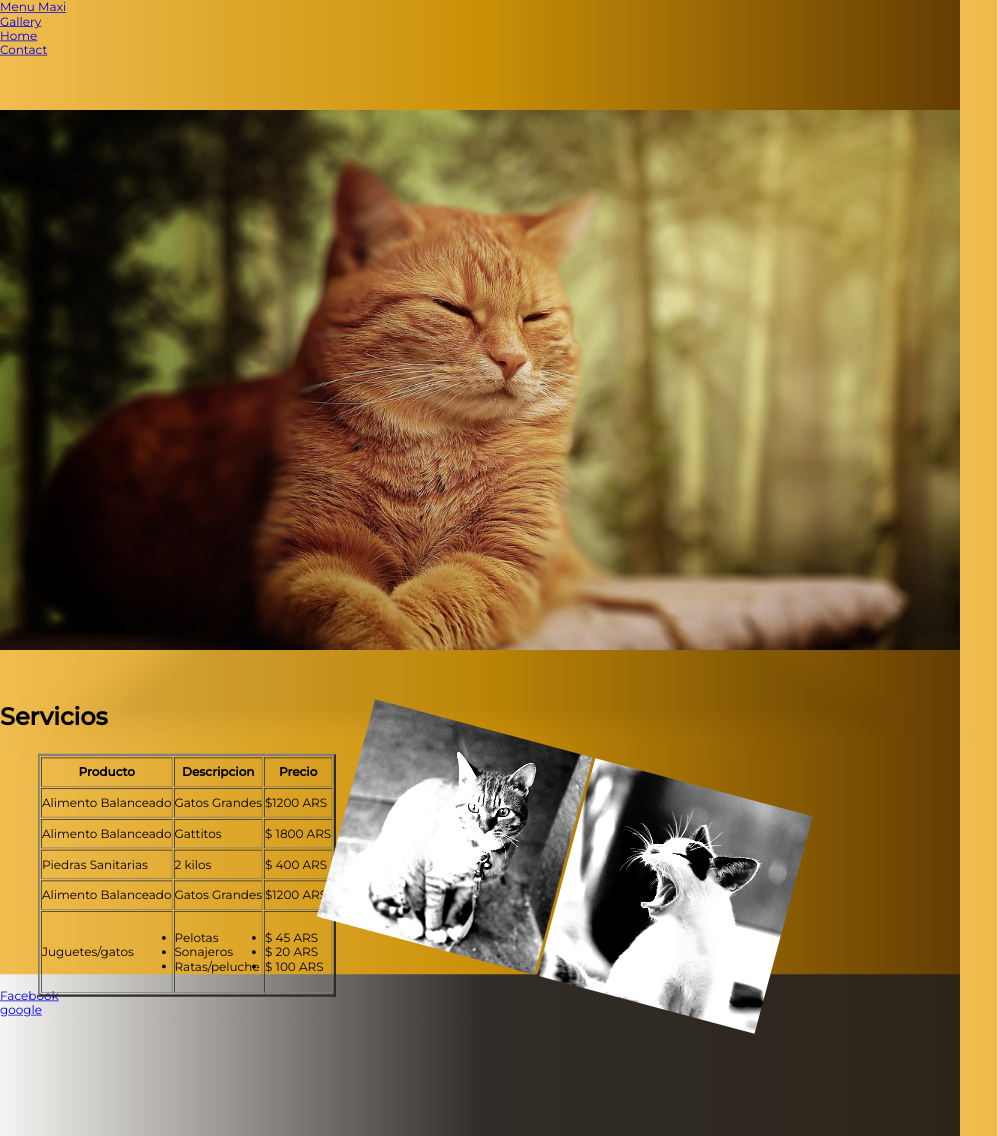
Repository: raul4264/final
Page: Services.html
The author's editor kept a copy of each file at every save. The page is drawn from the files as they stood at one save, then again after the next save.
The browser window is 1280 px wide. The page is 1330 px wide, so the pictures cover 1330 px, including what lies to the right of the window. The pictures show the whole page, at 75% of full size.

Above is the page before, as saved 2021-03-26 11:28:23.

### Services.html
<!DOCTYPE html>
<html lang="en">

<head>
    <meta charset="UTF-8">
    <meta http-equiv="X-UA-Compatible" content="IE=edge">
    <meta name="viewport" content="width=device-width, initial-scale=1.0">
    <title>Services</title>
    <link href="css/services.css" rel="stylesheet" type="text/css">
</head>

<body>
    <header>


        <nav>
            <nav>
                <ul class="uno">
                    <li class="item"><a href="menu_maxi.html">Menu Maxi</a></li>
                    <li class="item"><a href="Gallery.html">Gallery</a></li>
                    <li class="item"><a href="index.html">Home</a></li>
                    <li class="item"><a href="Contact.html">Contact</a></li>
                </ul>

            </nav>



    <main>
        <div class="thumb">
            <a href="https://www.google.com/" target="_blank">
                  <span>Tambien visite...</span>
            </a>
      </div>
    </header>
        <h1>Servicios</h1>
        <section  class="table">

            <table border="3px" cellpadding="15px">
                <tr>
                    <th>Producto</th>
                    <th>Descripcion</th>
                    <th>Precio</th>
                </tr>
                <tr>
                    <td>Alimento Balanceado</td>
                    <td>Gatos Grandes</td>
                    <td> $1200 ARS</td>
                </tr>
                <tr>
                    <td>Alimento Balanceado</td>
                    <td>Gattitos</td>
                    <td>$ 1800 ARS</td>
                </tr>
                <tr>
                    <td>Piedras Sanitarias</td>
                    <td>2 kilos</td>
                    <td>$ 400 ARS</td>
                </tr>
                <tr>
                    <td>Alimento Balanceado</td>
                    <td>Gatos Grandes</td>
                    <td>$1200 ARS</td>
                </tr>
                <tr>
                    <td>Juguetes/gatos</td>
                    <td>
                        <ul>
                            <li>Pelotas</li>
                            <li>Sonajeros</li>
                            <li>Ratas/peluche</li>
                        </ul>
                    </td>
                    <td>
                        <ul>
                            <li>$ 45 ARS</li>
                            <li>$ 20 ARS</li>
                            <li>$ 100 ARS</li>
                        </ul>
                    </td>
                </tr>
            </table>
            <br>
            <figure>
                <img src="images/3.jpg">
                <img src="images/2.jpg">

              </figure>
        </section>




    </main>


        <footer>
            <br>

            <ol>
                <li><a href="http://www.facebook.com" target="blanck">Facebook</a>

                </li>
                <li><a href="http://www.google.com" target="blanck">google</a>

                </li>
            </ol>
            <br>
        </footer>
</body>

</html>

### css/services.css
@import url('https://fonts.googleapis.com/css2?family=Montserrat:wght@400;500&family=Poppins:wght@300&display=swap');
* {
    font-family: 'Montserrat', sans-serif;
    margin: 0;
    padding: 0;
}

body{
	margin: 0;
    padding: 0;
    transition:all 3s ease-in-out;
}

img{
    width: 300px;
    filter: contrast(1.8) brightness(1.5) grayscale(1)
}

@import url(https://fonts.googleapis.com/css?family=Open+Sans);


body {

    /* background: linear-gradient(rgb(248, 217, 158), rgb(70, 46, 1)); */
    background: rgb(240,189,79);
background: linear-gradient(90deg, rgba(240,189,79,1) 0%, rgba(203,144,6,0.9948354341736695) 50%, rgb(100, 61, 2) 100%);
    font-family: 'Open Sans', sans-serif;
    height: 100vh;
    margin:0;
}

.thumb {
    width: 100vw;
    height: 100vh;
    margin: 70px auto;
    perspective: 1000px;
    transition:all 3s ease-in-out;
}

.thumb a {
    display: block;
    width: 100%;
    height: 100%;
    background: linear-gradient(rgba(0, 0, 0, 0.4), rgba(0, 0, 0, 0.4)),
		url("../images/1.jpg");
    background-size: 0, cover;
    transform-style: preserve-3d;
    transition: all 0.5s;
}

.thumb:hover a {
    transform: rotateX(80deg);
    transform-origin: bottom;
}
.thumb a:after {
    content: '';
    position: absolute;
    left: 0;
    bottom: 0;
    width: 100%;
    height: 36px;
    background: inherit;
    background-size: cover, cover;
    background-position: bottom;
    transform: rotateX(90deg);
    transform-origin: bottom;
}
.thumb a span {
    color: white;
    text-transform: uppercase;
    position: absolute;
    top: 100%;
    left: 0;
    width: 100%;
    font: bold 12px/36px "Open Sans";
    text-align: center;
    transform: rotateX(-89.99deg);
    transform-origin: top;
    z-index: 1;
}
.thumb a:before {
    content: '';
    position: absolute;
    top: 0;
    left: 0;
    width: 100%;
    height: 100%;
    background: rgba(0, 0, 0, 0.5);
    box-shadow: 0 0 100px 50px rgba(0, 0, 0, 0.5);
    transition: all 0.5s;
    opacity: 0.15;
    transform: rotateX(95deg) translateZ(-80px) scale(0.75);
    transform-origin: bottom;
}

.thumb:hover a:before {
    opacity: 1;
    box-shadow: 0 0 25px 25px rgba(0, 0, 0, 0.5);
    transform: rotateX(0) translateZ(-60px) scale(0.85);
}
.table{
    display: flex;
    transform:translate(50px, 30px) ;
}

.table:hover{
   font-weight: bolder;
   color: chartreuse;
   font-size: 1.2em;
   font-family: monospace;
   transform:translate(70px, 30px) ;
}
figure{
   transform: rotate(15deg );
   /*  transform: translateX(129px); */
   padding-bottom: 20px;
}
figure:hover{
  /*  transform: rotate(15deg );*/
      transform: translate(22px 50px);
 }
footer{
    height: 30vh;
    background: rgb(34, 34, 33);
    background: linear-gradient(90deg, rgb(247, 245, 243) 0%, rgba(48, 45, 40, 0.995) 50%, rgb(43, 36, 25) 100%);
}

After the next save:
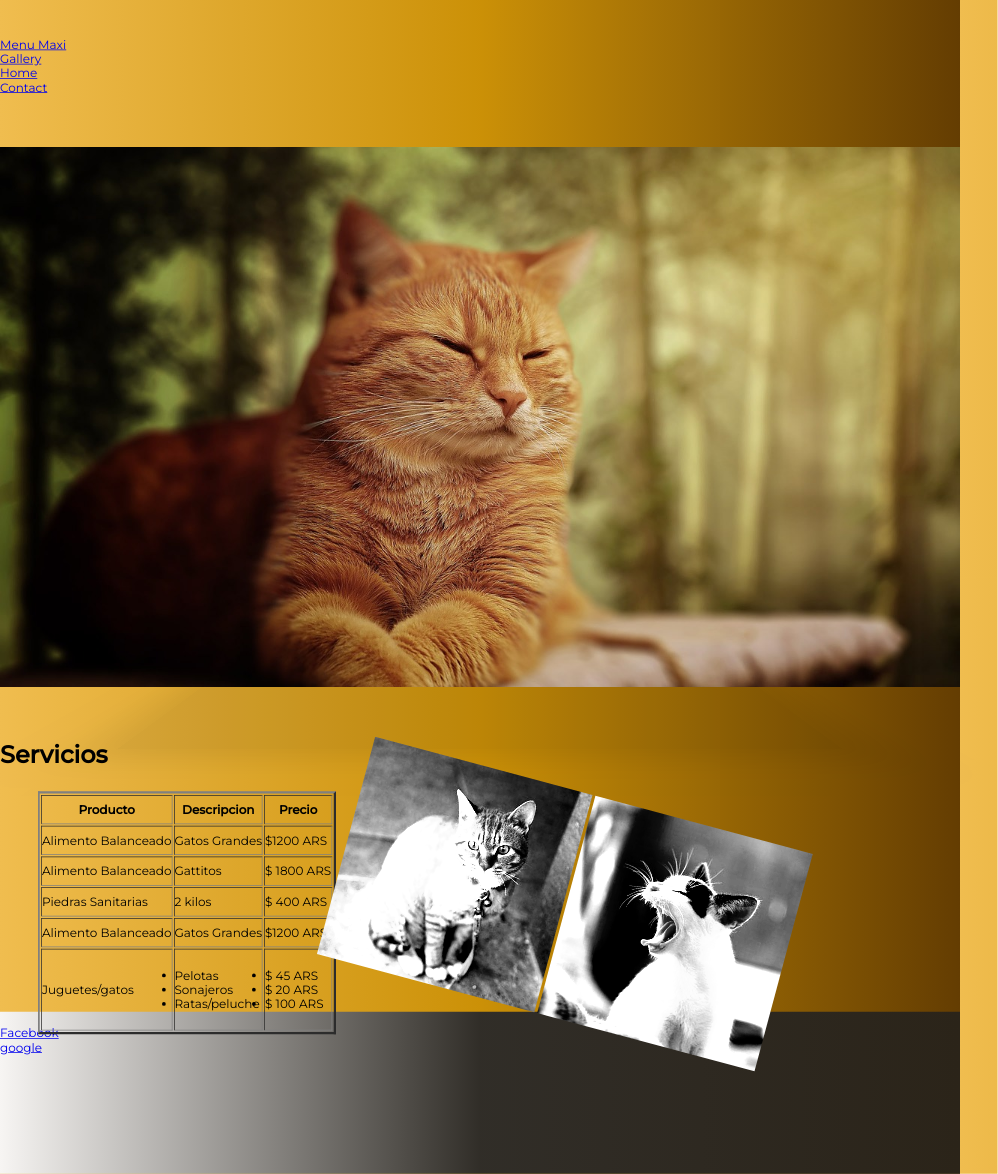
Saved 80 s later.
--- a/css/services.css
+++ b/css/services.css
@@ -10,7 +10,9 @@
     padding: 0;
     transition:all 3s ease-in-out;
 }
-
+nav{
+    margin-top: 50px;
+}
 img{
     width: 300px;
     filter: contrast(1.8) brightness(1.5) grayscale(1)

After the save that followed:
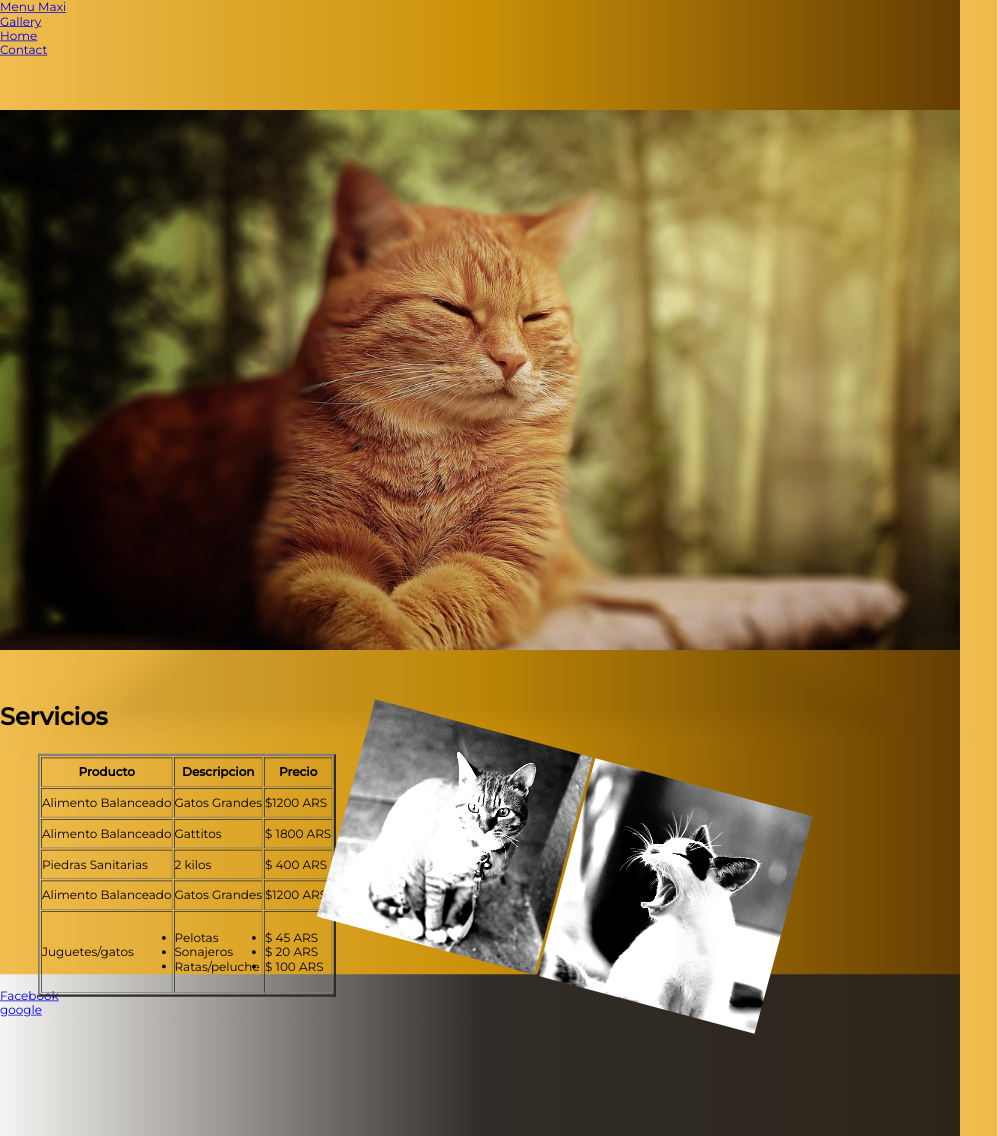
Saved 31 s later.
--- a/css/services.css
+++ b/css/services.css
@@ -11,7 +11,7 @@
     transition:all 3s ease-in-out;
 }
 nav{
-    margin-top: 50px;
+
 }
 img{
     width: 300px;
